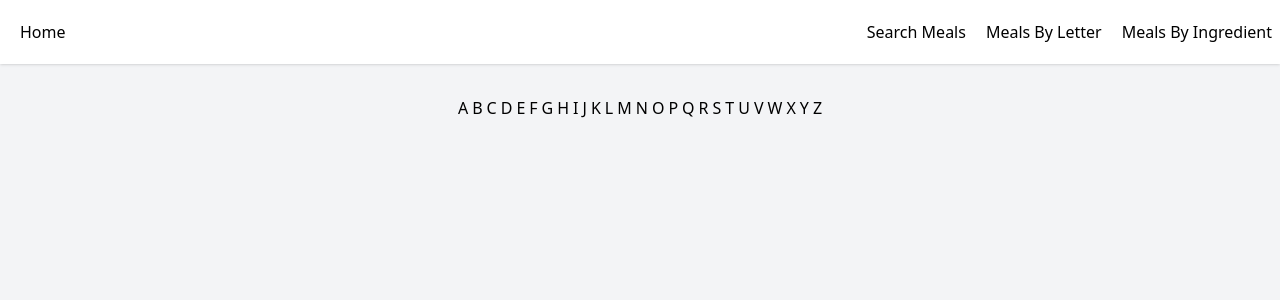
Repository: HalemX/meals
Page: /
The author's editor kept a copy of each file at every save. The page is drawn from the files as they stood at one save, then again after the next save.
The browser window is 1280 px wide. The pictures show the whole page.
The page's requests for data from a server got no answer. The project was rebuilt for these pictures with package versions that can differ from the ones it lists, and the page was loaded fresh each time. No one was signed in, and anything a server would have sent is missing. Also part of the build but not shown: vite.config.js, src/pages/MealsByIngredient.vue, src/pages/MealsByName.vue, src/components/GuestLayout.vue. Imported but missing from the stored project, and not drawn on this page: src/pages/MealsByLetters.vue.

Above is the page before, as saved 2024-02-08 17:57:00.

After the next save:
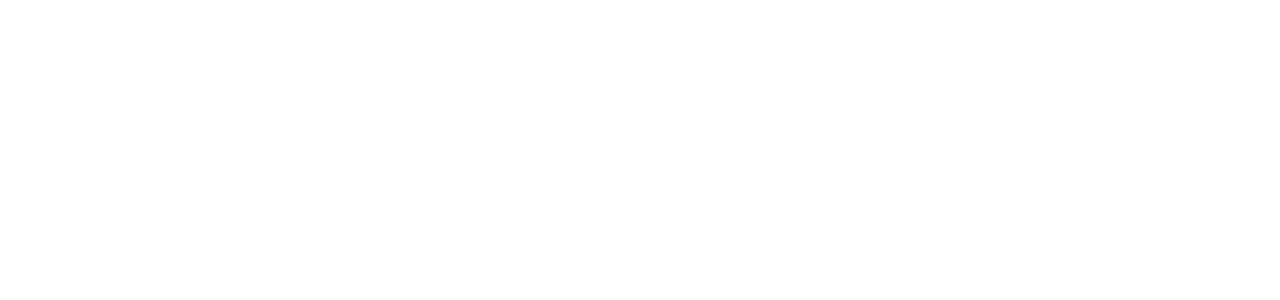
Console error: ReferenceError: meals is not defined
Saved 9 s later.
--- a/src/pages/Home.vue
+++ b/src/pages/Home.vue
@@ -23,18 +23,6 @@
 
     const letters = "ABCDEFGHIJKLMNOPQRSTUVWXYZ".split("");
 
-    function loadMeals() {
-      store.dispatch("fetchMeals");
-    }
-
-    onMounted(() => {
-      loadMeals();
-    });
-
-    const meals = computed(() => {
-      return store.getters.getMeals;
-    });
-
     return { letters, meals };
   },
 };

After the 2 saves that followed:
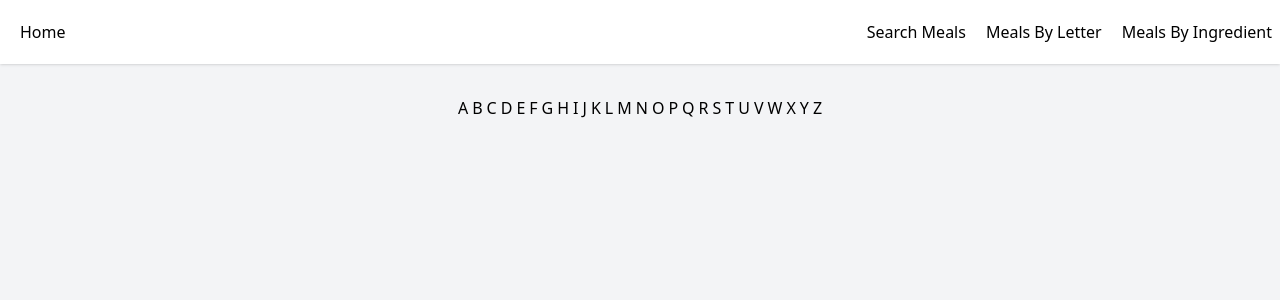
The error is gone.
The 2 saves are shown as one change because 1 left the picture as it was.
The last was saved 57 s later.
--- a/src/pages/Home.vue
+++ b/src/pages/Home.vue
@@ -9,21 +9,15 @@
         {{ letter }}</router-link
       >
     </div>
-    <div>{{ meals }}</div>
   </div>
 </template>
 
 <script>
-import { computed, onMounted } from "vue";
-import { useStore } from "vuex";
-
 export default {
   setup() {
-    const store = useStore();
-
     const letters = "ABCDEFGHIJKLMNOPQRSTUVWXYZ".split("");
 
-    return { letters, meals };
+    return { letters };
   },
 };
 </script>
